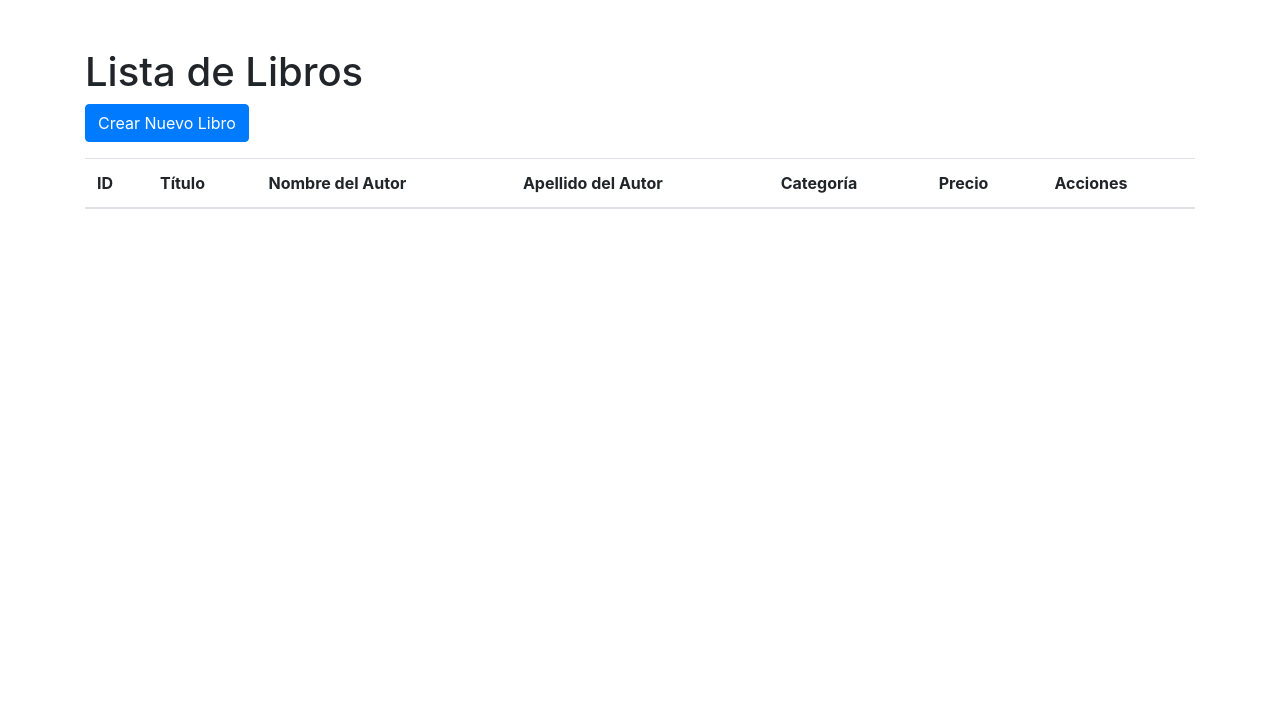
Repository: Jhuanca2023/examt2
Page: http://localhost/libros/index
An editor plug-in stored every save of this project. The page is shown before and after the next save, followed by the edit.
The browser window is 1280 px wide. The pictures show the whole page.
The page is this project's Thymeleaf template; nobody is signed in. The template is opened directly, without the code that normally fills it, so the values that code supplies are empty.

Above is the page before, as saved 2024-10-09 04:18:00.

### examt2/src/main/resources/templates/libros/index.html
<!DOCTYPE html>
<html lang="en">
<head>
    <meta charset="UTF-8">
    <title>Lista de Libros</title>
    <link rel="stylesheet" href="https://stackpath.bootstrapcdn.com/bootstrap/4.3.1/css/bootstrap.min.css">
</head>
<body>
    <div class="container mt-5">
        <h1>Lista de Libros</h1>
        <a href="/libros/crear" class="btn btn-primary">Crear Nuevo Libro</a>
        <table class="table mt-3">
            <thead>
                <tr>
                    <th>ID</th>
                    <th>Título</th>
                    <th>Nombre del Autor</th>
                    <th>Apellido del Autor</th>
                    <th>Categoría</th>
                    <th>Precio</th>
                    <th>Acciones</th>
                </tr>
            </thead>
            <tbody>
                <tr th:each="libro : ${libros}">
                    <td th:text="${libro.id}"></td>
                    <td th:text="${libro.titulo}"></td>
                    <td th:text="${libro.nombreAutor}"></td>
                    <td th:text="${libro.apellidoAutor}"></td>
                    <td th:text="${libro.categoria}"></td>
                    <td th:text="${libro.precio}"></td>
                    <td>
                        <a th:href="@{/libros/editar/{id}(id=${libro.id})}" class="btn btn-warning">Editar</a>
                        <a th:href="@{/libros/eliminar/{id}(id=${libro.id})}" class="btn btn-danger">Eliminar</a>
                    </td>
                </tr>
            </tbody>
        </table>
    </div>
</body>
</html>

After the next save:
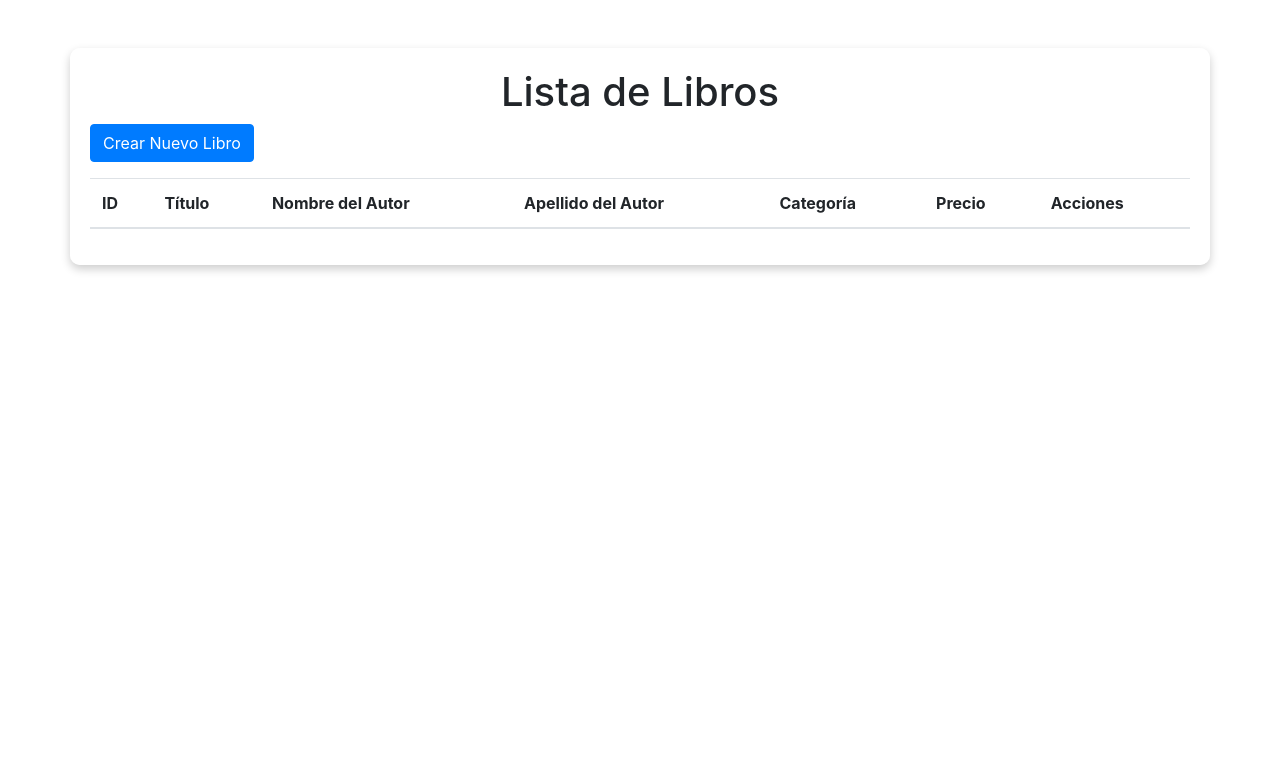
Not found: examt2/libros/URL_DE_TU_IMAGEN
Saved 6 min 11 s later.
--- a/examt2/src/main/resources/templates/libros/index.html
+++ b/examt2/src/main/resources/templates/libros/index.html
@@ -4,6 +4,28 @@
     <meta charset="UTF-8">
     <title>Lista de Libros</title>
     <link rel="stylesheet" href="https://stackpath.bootstrapcdn.com/bootstrap/4.3.1/css/bootstrap.min.css">
+    <style>
+        body {
+            /* Establece la imagen de fondo */
+            background-image: url('URL_DE_TU_IMAGEN');
+            background-size: cover; /* Hace que la imagen cubra toda la pantalla */
+            background-position: center; /* Centra la imagen */
+            background-repeat: no-repeat; /* Evita que la imagen se repita */
+            height: 100vh; /* Asegura que el fondo cubra toda la altura de la ventana */
+        }
+
+        .container {
+            /* Crea un contenedor con un fondo semi-transparente */
+            background-color: rgba(255, 255, 255, 0.8); /* Fondo blanco con 80% de opacidad */
+            border-radius: 10px; /* Esquinas redondeadas */
+            padding: 20px; /* Espaciado interno */
+            box-shadow: 0 4px 10px rgba(0, 0, 0, 0.2); /* Sombra sutil */
+        }
+
+        h1 {
+            text-align: center; /* Centra el título */
+        }
+    </style>
 </head>
 <body>
     <div class="container mt-5">
